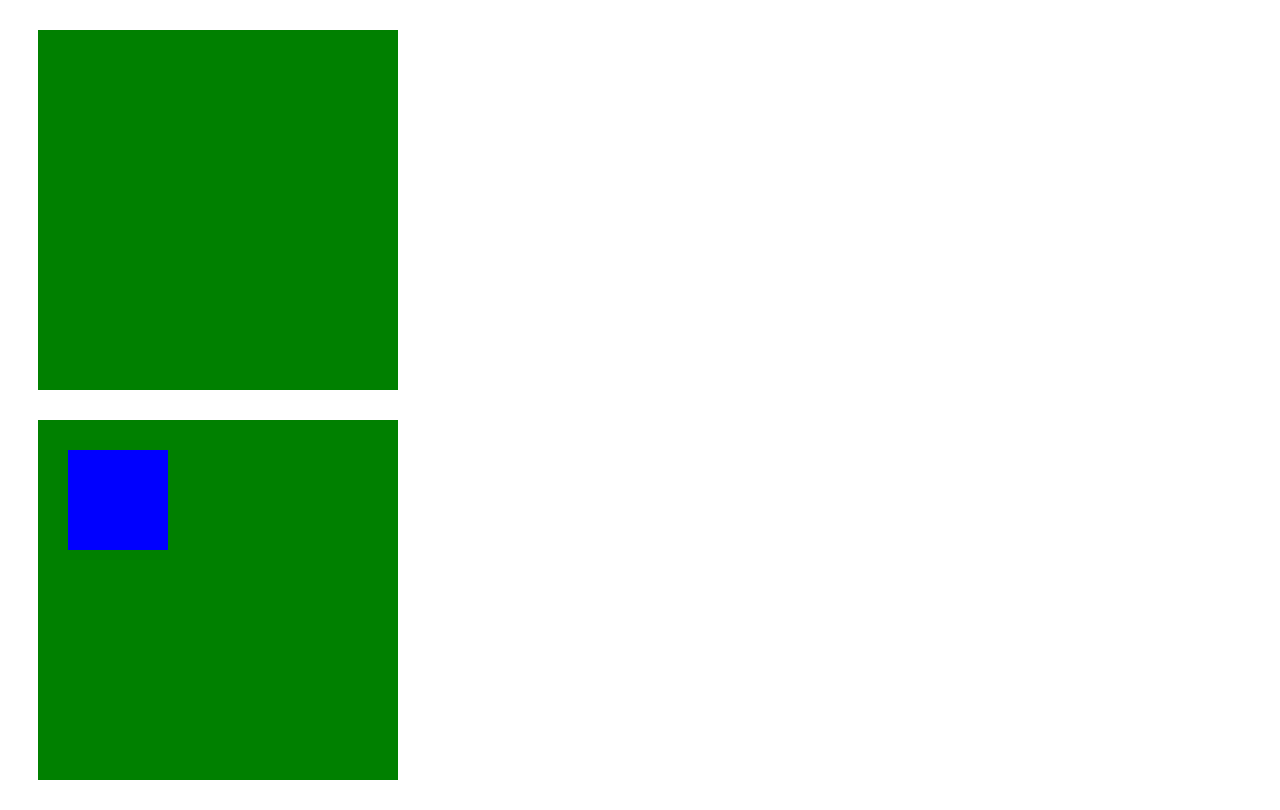
Repository: YabuYoshi/Bookers1
Page: box/box.html
The author's editor kept a record of every edit. The page is drawn from the files as they stood at one moment, then again after the next edit.
The browser window is 1280 px wide. The pictures show the whole page.

Above is the page before.

After the next edit:
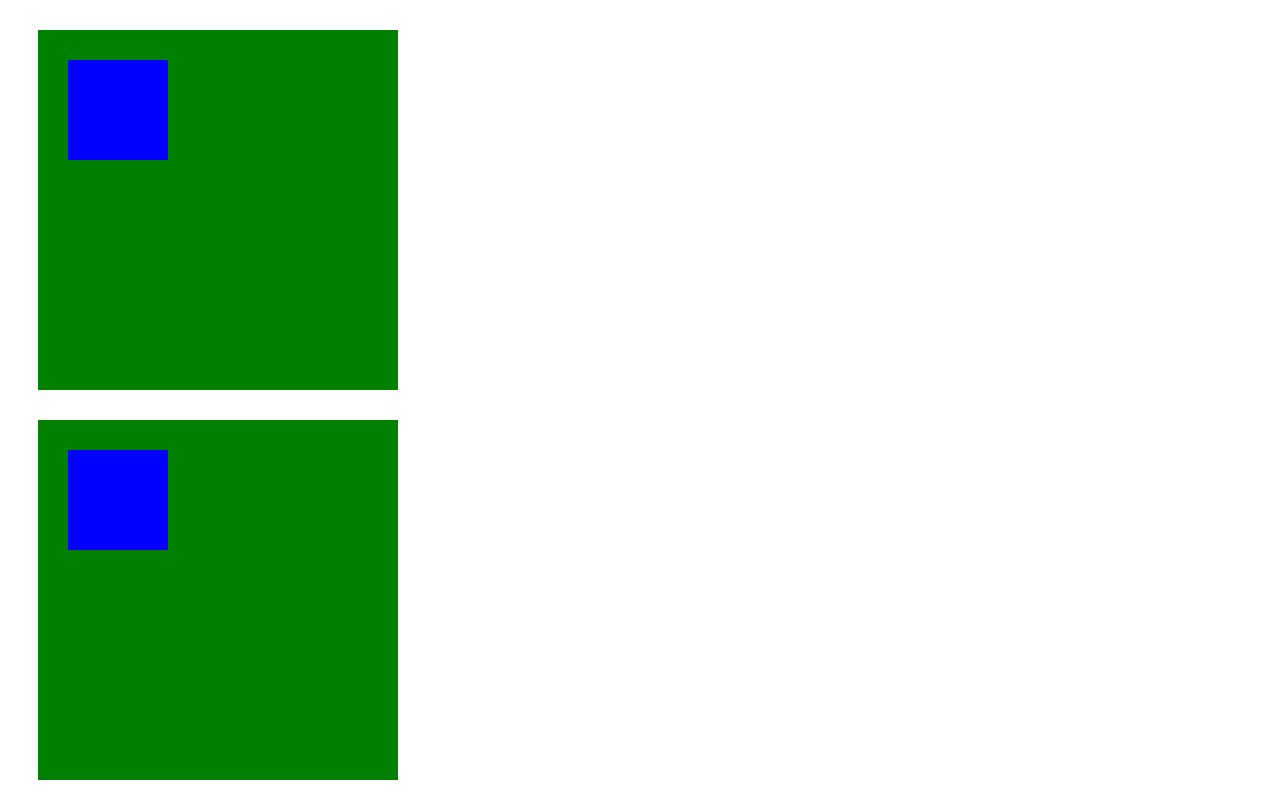
The edit:
--- a/box/box.html
+++ b/box/box.html
@@ -9,7 +9,9 @@
 
   <body>
     <!-- box1用のdiv -->
-    <div class="box1"></div>
+    <div class="box1">
+      <div class="box2"></div>
+    </div>
   </body>
 </html>
 
